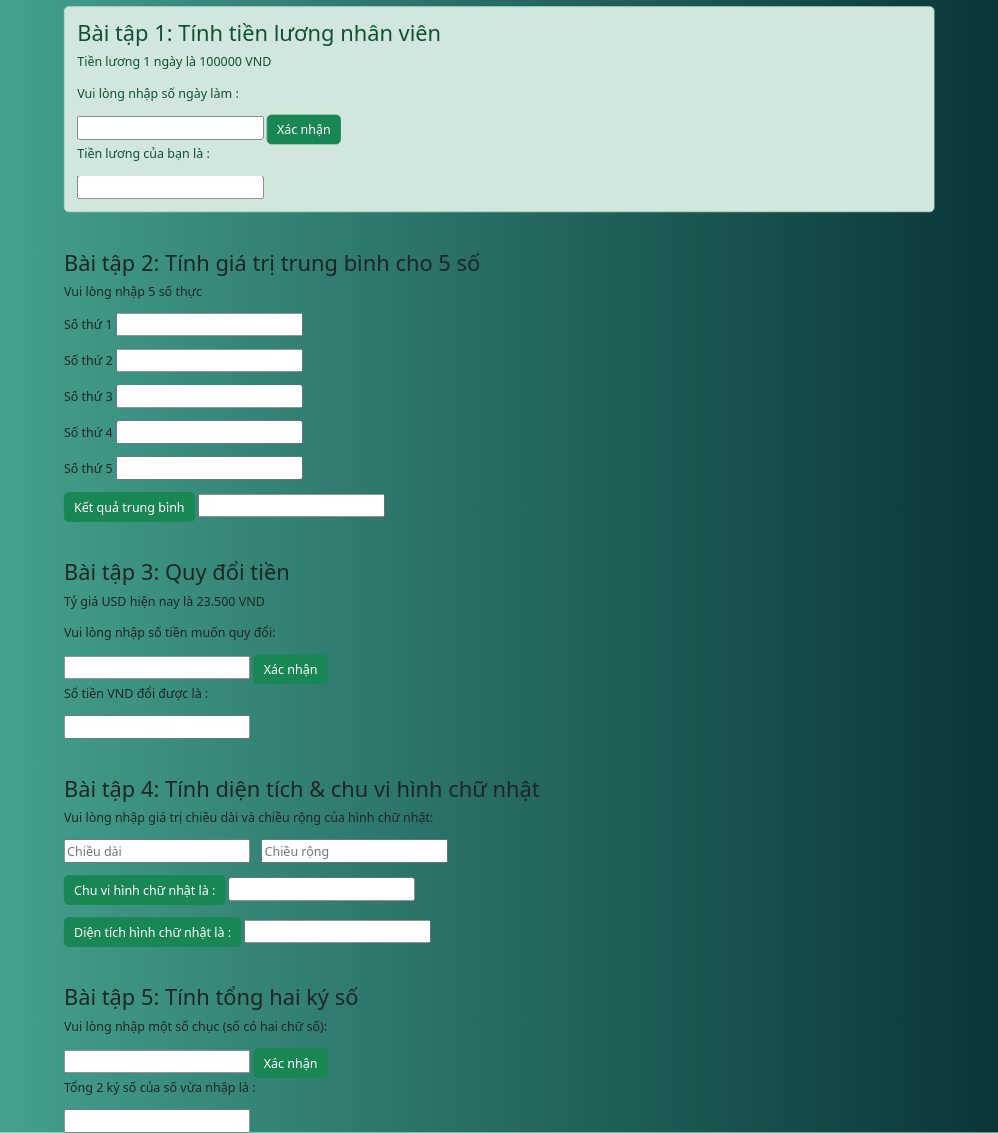
Repository: hcozyph/TranHuuPhuoc_BC43_BT_JS_Buoi2
Page: index.html
The author's editor kept a copy of each file at every save. The page is drawn from the files as they stood at one save, then again after the next save.
The browser window is 1280 px wide. The pictures show the whole page, at 78% of full size.

Above is the page before, as saved 2023-02-03 20:26:45.

### index.html
<!DOCTYPE html>
<html lang="en">
    <head>
        <title>BT JS - Buoi 1</title>
        <!-- Required meta tags -->
        <meta charset="utf-8" />
        <meta
            name="viewport"
            content="width=device-width, initial-scale=1, shrink-to-fit=no"
        />

        <!-- font-family -->
        <link
            href="//fonts.googleapis.com/css2?family=Pacifico&amp;display=swap"
            rel="stylesheet"
        />
        <link
            href="//fonts.googleapis.com/css2?family=Quicksand:wght@300;400;500;600;700&amp;display=swap"
            rel="stylesheet"
        />

        <!-- Bootstrap CSS v5.2.1 -->
        <link
            href="https://cdn.jsdelivr.net/npm/bootstrap@5.2.1/dist/css/bootstrap.min.css"
            rel="stylesheet"
            integrity="sha384-iYQeCzEYFbKjA/T2uDLTpkwGzCiq6soy8tYaI1GyVh/UjpbCx/TYkiZhlZB6+fzT"
            crossorigin="anonymous"
        />

        <!-- FontAwesome 6.2.0 CSS -->
        <link
            rel="stylesheet"
            href="https://cdnjs.cloudflare.com/ajax/libs/font-awesome/6.2.0/css/all.min.css"
            integrity="sha512-xh6O/CkQoPOWDdYTDqeRdPCVd1SpvCA9XXcUnZS2FmJNp1coAFzvtCN9BmamE+4aHK8yyUHUSCcJHgXloTyT2A=="
            crossorigin="anonymous"
            referrerpolicy="no-referrer"
        />

        <!-- index.css -->
        <link rel="stylesheet" href="./style/index.css" />
    </head>

    <body>
        <div class="btvn pt-2">
            <!-- BT1 -->
            <div class="container">
                <!-- BT-1 -->
                <div class="BT1 alert alert-success">
                    <h1 class="fs-3">Bài tập 1: Tính tiền lương nhân viên</h1>
                    <p>Tiền lương 1 ngày là 100000 VND</p>
                    <p>Vui lòng nhập số ngày làm :</p>
                    <input type="number" id="soNgayLam" />
                    <button
                        class="btn btn-success"
                        id="btnXacNhan"
                        onclick="inputSoNgayLam()"
                    >
                        Xác nhận
                    </button>
                    <p>Tiền lương của bạn là :</p>
                    <input type="text" id="result" />
                </div>

                <!-- BT2 -->
                <div class="BT2">
                    <h1 class="fs-3 mt-5">
                        Bài tập 2: Tính giá trị trung bình cho 5 số
                    </h1>
                    <p>Vui lòng nhập 5 số thực</p>

                    <p>Số thứ 1 <input type="number" id="n1" /></p>
                    <p>Số thứ 2 <input type="number" id="n2" /></p>
                    <p>Số thứ 3 <input type="number" id="n3" /></p>
                    <p>Số thứ 4 <input type="number" id="n4" /></p>
                    <p>Số thứ 5 <input type="number" id="n5" /></p>

                    <button
                        class="btn btn-success"
                        id="btnAverage"
                        onclick="average()"
                    >
                        Kết quả trung bình
                    </button>
                    <input type="text" id="average" />
                </div>

                <!-- BT3 -->
                <div class="BT3">
                    <h1 class="fs-3 mt-5">Bài tập 3: Quy đổi tiền</h1>
                    <p>Tỷ giá USD hiện nay là 23.500 VND</p>
                    <p>Vui lòng nhập số tiền muốn quy đổi:</p>

                    <input type="number" id="inputUsd" />
                    <button
                        class="btn btn-success"
                        id="btnTradeMoney"
                        onclick="tradeMoney ()"
                    >
                        Xác nhận
                    </button>

                    <p>Số tiền VND đổi được là :</p>
                    <input type="text" id="tradeMoney" />
                </div>

                <!-- BT4 -->
                <div class="BT4">
                    <h1 class="fs-3 mt-5">
                        Bài tập 4: Tính diện tích & chu vi hình chữ nhật
                    </h1>
                    <p>
                        Vui lòng nhập giá trị chiều dài và chiều rộng của hình
                        chữ nhật:
                    </p>

                    <input type="number" id="length" placeholder="Chiều dài" />
                    <input
                        style="margin-left: 10px"
                        type="number"
                        id="width"
                        placeholder="Chiều rộng"
                    />

                    <div class="chuVi mt-3">
                        <button class="btn btn-success" onclick="chuVi()">
                            Chu vi hình chữ nhật là :
                        </button>
                        <input type="number" id="chuVi" />
                    </div>

                    <div class="dienTich mt-3">
                        <button class="btn btn-success" onclick="dienTich()">
                            Diện tích hình chữ nhật là :
                        </button>
                        <input type="number" id="dienTich" />
                    </div>
                </div>

                <!-- BT5 -->
                <div class="BT5">
                    <h1 class="fs-3 mt-5">Bài tập 5: Tính tổng hai ký số</h1>
                    <p>Vui lòng nhập một số chục (số có hai chữ số):</p>
                    <input type="number" id="inputSoChuc" />
                    <button class="btn btn-success" onclick="tong2KySo()">
                        Xác nhận
                    </button>
                    <p>Tổng 2 ký số của số vừa nhập là :</p>
                    <input type="number" id="tong2KySo" />
                </div>
            </div>
        </div>

        <!-- Bootstrap JavaScript Libraries -->
        <script
            src="https://cdn.jsdelivr.net/npm/@popperjs/core@2.11.6/dist/umd/popper.min.js"
            integrity="sha384-oBqDVmMz9ATKxIep9tiCxS/Z9fNfEXiDAYTujMAeBAsjFuCZSmKbSSUnQlmh/jp3"
            crossorigin="anonymous"
        ></script>

        <script
            src="https://cdn.jsdelivr.net/npm/bootstrap@5.2.1/dist/js/bootstrap.min.js"
            integrity="sha384-7VPbUDkoPSGFnVtYi0QogXtr74QeVeeIs99Qfg5YCF+TidwNdjvaKZX19NZ/e6oz"
            crossorigin="anonymous"
        ></script>

        <!-- js customize -->
        <script src="./index.js"></script>
    </body>
</html>

### style/index.css
.btvn {
    background: linear-gradient(to right, rgb(68, 160, 141), rgb(9, 54, 55));
    background-repeat: no-repeat;
    background-size: cover;
    margin: 0 auto;
}

### index.js
//BT1: Tính tiền lương nhân viên
function inputSoNgayLam () {
    //input:
    var soNgayLam = document.getElementById('soNgayLam').value;
    const luongMotNgay = 100000;

    //output:
    var result = 0;

    //progress
    var result = parseInt(soNgayLam) * parseInt(luongMotNgay);

    document.getElementById('result').value = result.toLocaleString() + ' VND';
}

//BT2: Tính trung bình cộng 5 số
function average () {
    //input:
    var n1 = document.getElementById('n1').value;
    var n2 = document.getElementById('n2').value;
    var n3 = document.getElementById('n3').value;
    var n4 = document.getElementById('n4').value;
    var n5 = document.getElementById('n5').value;
    //output:
    var average = 0;
    const soLuongInput = 5;

    //progress
    var sum = parseFloat(n1) + parseFloat(n2) + parseFloat(n3) + parseFloat(n4) + parseFloat(n5);

    var average =  sum / parseFloat(soLuongInput) ;

    document.getElementById('average').value = average;
}

//BT3: Quy đổi tiền
function tradeMoney () {
    //input
    var inputUsd = document.getElementById('inputUsd').value;
    const tyGia = 23500;

    //output
    var tradeMoney = 0;

    //progress
    var tradeMoney = parseInt(inputUsd) * parseInt(tyGia);
    document.getElementById('tradeMoney').value = tradeMoney.toLocaleString() + ' VND';
}

//BT4: Tính chu vi & diện tích hình chữ nhật
function chuVi () {
    // input
    var length = document.getElementById('length').value;
    var width = document.getElementById('width').value;

    //output
    var chuVi = ( parseInt(length) + parseInt(width) ) * 2;

    //progress
    document.getElementById('chuVi').value = chuVi.toLocaleString();
}


function dienTich () {
    // input
    var length = document.getElementById('length').value;
    var width = document.getElementById('width').value;

    //output
    var dienTich = parseInt(length) * parseInt(width) ;

    //progress
    document.getElementById('dienTich').value = dienTich.toLocaleString();
}


//BT5: Tính tổng hai ký số
function tong2KySo () {
    //input
    var inputSoChuc = document.getElementById('inputSoChuc').value;
    var hangChuc = 0;
    var hangDonVi = 0;

    //output
    var tong2KySo = 0;

    //progress
    var hangChuc = Math.floor(Number(inputSoChuc)/10)
    var hangDonVi = Math.floor(Number(inputSoChuc)%10)
    var tong2KySo = parseInt(hangChuc) + parseInt(hangDonVi);

    document.getElementById('tong2KySo').value = tong2KySo;
}
/*
Link vercel:
https://tran-huu-phuoc-bc-43-bt-js-buoi1.vercel.app/
*/

After the next save:
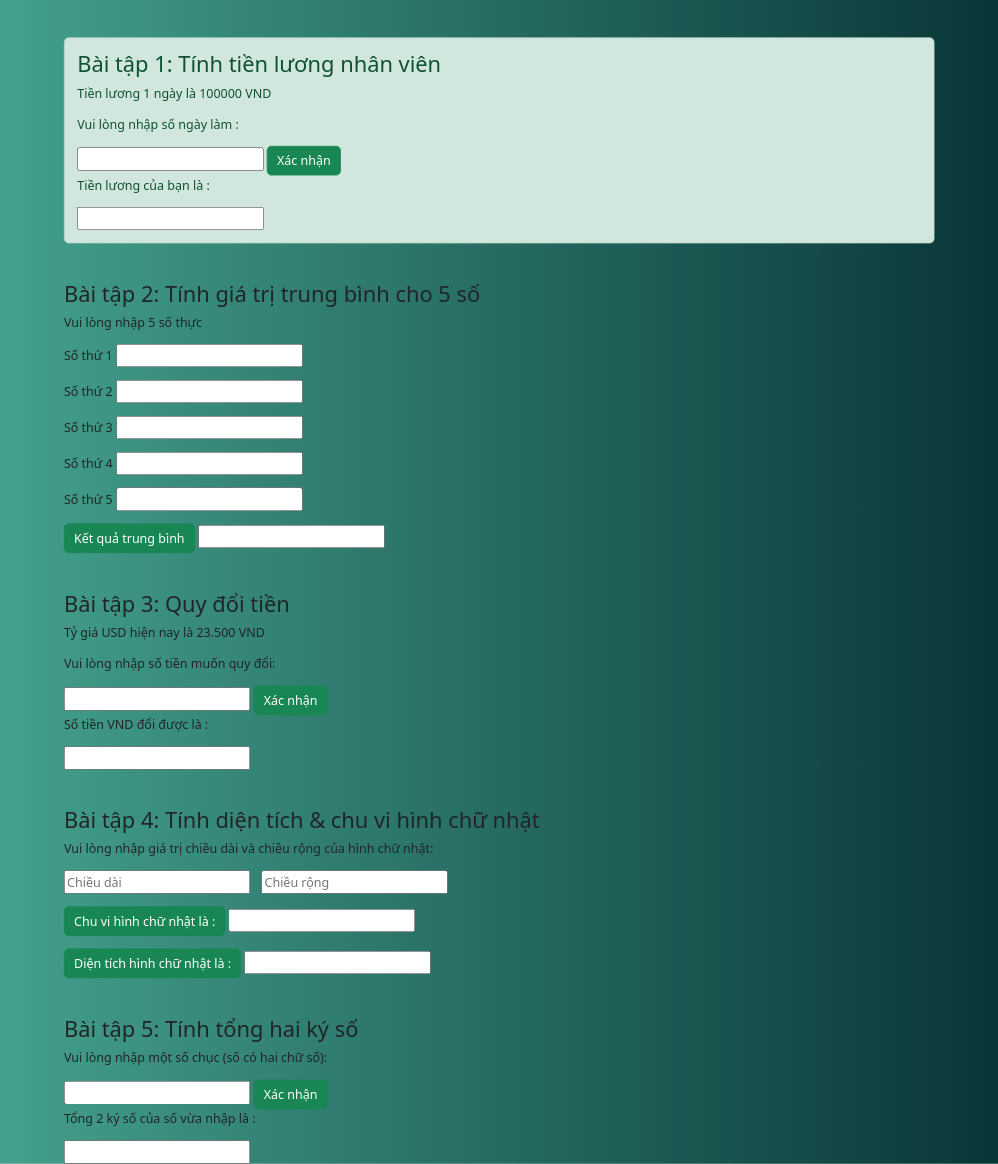
Saved 4 s later.
--- a/index.html
+++ b/index.html
@@ -41,7 +41,7 @@
     </head>
 
     <body>
-        <div class="btvn pt-2">
+        <div class="btvn pt-5">
             <!-- BT1 -->
             <div class="container">
                 <!-- BT-1 -->
